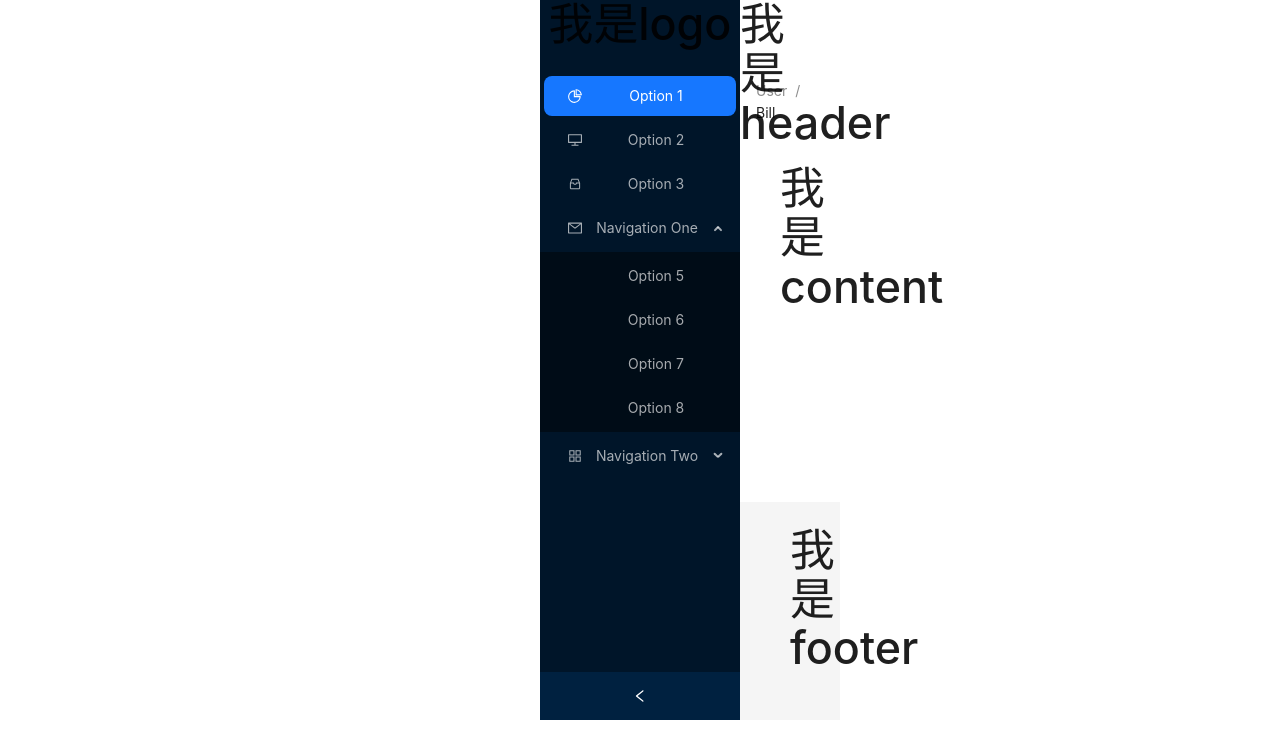
Repository: chenyl8848/chen-tool-collection
Page: /
These files come from the project's save history. The page is drawn as it stood at one moment and after the next save; the edit follows.
The browser window is 1280 px wide. The pictures show the whole page.
The project was rebuilt for these pictures with package versions that can differ from the ones it lists, and the page was loaded fresh each time. Also part of the build but not shown: vite.config.ts, src/components/HelloWorld.vue.

Above is the page before, as saved 2024-01-09 10:57:57.

### src/main.ts
import { createApp } from 'vue'
import './style.css'

// import Antd from 'ant-design-vue';
import 'ant-design-vue/dist/reset.css';

import App from './App.vue'

const app = createApp(App)

// app.use(Antd)

app.mount('#app')

### src/App.vue
<script setup lang="ts">
import Layout from '@/layout/index.vue';
</script>

<template>
  <div>
    <Layout></Layout>
  </div>
</template>

<style scoped>
</style>

### src/layout/index.vue
<script lang="ts" setup>
import Logo from '@/layout/siderbar/logo/index.vue'
import Menu from '@/layout/siderbar/menu/index.vue'
import Header from '@/layout/header/index.vue'
import Footer from '@/layout/footer/index.vue'
import Content from '@/layout/content/index.vue'
</script>

<template>
    <a-layout class="layout">
        <a-layout-sider v-model:collapsed="collapsed" collapsible class="sidebar">
            <div class="logo">
                <Logo></Logo>
            </div>
            <div class="menu">
                <Menu></Menu>
            </div>
        </a-layout-sider>
        <a-layout>
            <a-layout-header style="background: #fff; padding: 0">
                <Header></Header>
            </a-layout-header>
            <a-layout-content style="margin: 0 16px">
                <a-breadcrumb style="margin: 16px 0">
                    <a-breadcrumb-item>User</a-breadcrumb-item>
                    <a-breadcrumb-item>Bill</a-breadcrumb-item>
                </a-breadcrumb>
                <div :style="{ padding: '24px', background: '#fff', minHeight: '360px' }">
                    <Content></Content>
                </div>
            </a-layout-content>
            <a-layout-footer style="text-align: center">
                <Footer></Footer>
            </a-layout-footer>
        </a-layout>
    </a-layout>
</template>

<style scoped>
.layout {
    min-height: 100vh;

    .layout-siderbar {
        background-color: white;

        .logo {
            padding: 5px;
            height: 180px;
            background: white;
        }

    }
}
</style>

### src/layout/siderbar/logo/index.vue
<script lang="ts" setup>

</script>

<template>
  <div>
    <h1>我是logo</h1>
  </div>
</template>

### src/layout/siderbar/menu/index.vue
<template>
    <div>
      <a-menu
        v-model:openKeys="state.openKeys"
        v-model:selectedKeys="state.selectedKeys"
        mode="inline"
        theme="dark"
        :inline-collapsed="state.collapsed"
        :items="items"
      ></a-menu>
    </div>
  </template>
  <script lang="ts" setup>
  import { reactive, watch, h } from 'vue';
  import {
    MenuFoldOutlined,
    MenuUnfoldOutlined,
    PieChartOutlined,
    MailOutlined,
    DesktopOutlined,
    InboxOutlined,
    AppstoreOutlined,
  } from '@ant-design/icons-vue';
  const state = reactive({
    collapsed: false,
    selectedKeys: ['1'],
    openKeys: ['sub1'],
    preOpenKeys: ['sub1'],
  });
  const items = reactive([
    {
      key: '1',
      icon: () => h(PieChartOutlined),
      label: 'Option 1',
      title: 'Option 1',
    },
    {
      key: '2',
      icon: () => h(DesktopOutlined),
      label: 'Option 2',
      title: 'Option 2',
    },
    {
      key: '3',
      icon: () => h(InboxOutlined),
      label: 'Option 3',
      title: 'Option 3',
    },
    {
      key: 'sub1',
      icon: () => h(MailOutlined),
      label: 'Navigation One',
      title: 'Navigation One',
      children: [
        {
          key: '5',
          label: 'Option 5',
          title: 'Option 5',
        },
        {
          key: '6',
          label: 'Option 6',
          title: 'Option 6',
        },
        {
          key: '7',
          label: 'Option 7',
          title: 'Option 7',
        },
        {
          key: '8',
          label: 'Option 8',
          title: 'Option 8',
        },
      ],
    },
    {
      key: 'sub2',
      icon: () => h(AppstoreOutlined),
      label: 'Navigation Two',
      title: 'Navigation Two',
      children: [
        {
          key: '9',
          label: 'Option 9',
          title: 'Option 9',
        },
        {
          key: '10',
          label: 'Option 10',
          title: 'Option 10',
        },
        {
          key: 'sub3',
          label: 'Submenu',
          title: 'Submenu',
          children: [
            {
              key: '11',
              label: 'Option 11',
              title: 'Option 11',
            },
            {
              key: '12',
              label: 'Option 12',
              title: 'Option 12',
            },
          ],
        },
      ],
    },
  ]);
  watch(
    () => state.openKeys,
    (_val, oldVal) => {
      state.preOpenKeys = oldVal;
    },
  );
  const toggleCollapsed = () => {
    state.collapsed = !state.collapsed;
    state.openKeys = state.collapsed ? [] : state.preOpenKeys;
  };
  </script>

### src/layout/header/index.vue
<script lang="ts" setup>

</script>

<template>
  <div>
    <h1>我是header</h1>
  </div>
</template>

### src/layout/footer/index.vue
<script lang="ts" setup>

</script>

<template>
  <div>
    <h1>我是footer</h1>
  </div>
</template>

### src/layout/content/index.vue
<script lang="ts" setup>

</script>

<template>
  <div>
    <h1>我是content</h1>
  </div>
</template>

Loaded but not shown: index.html (common file); src/style.css (common file)

After the next save:
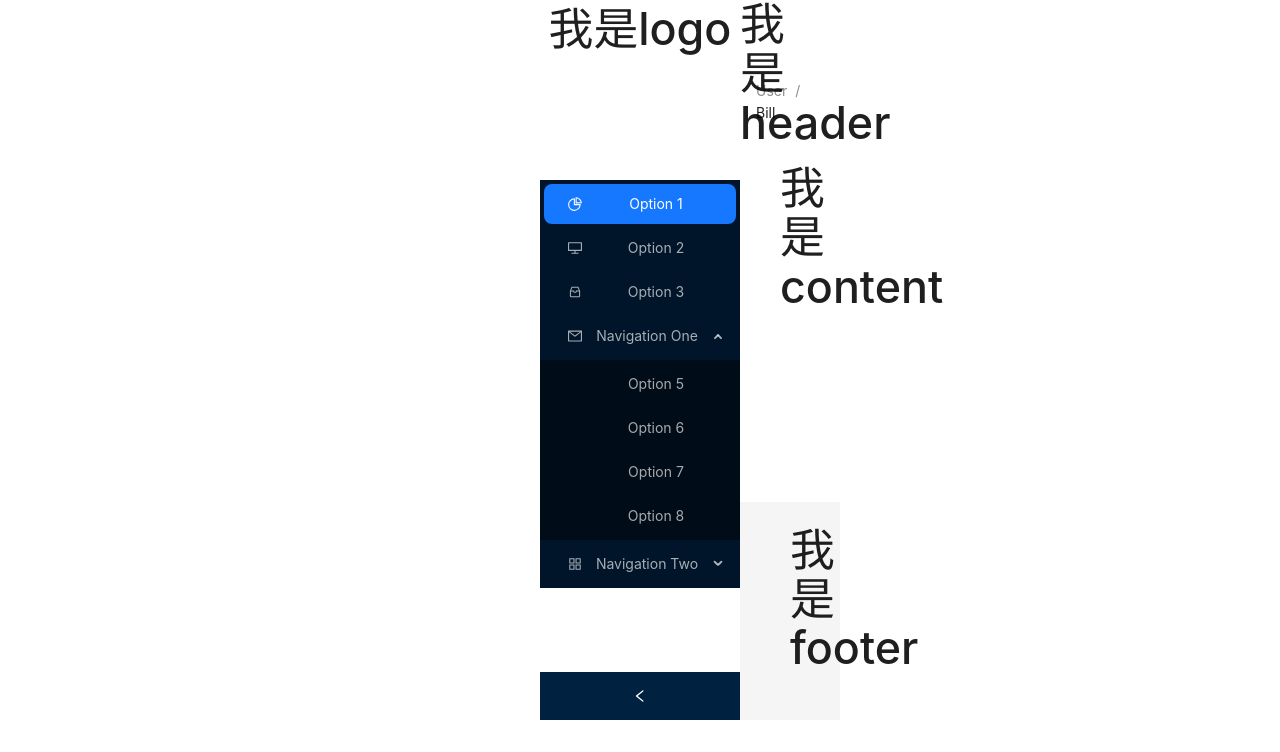
Saved 28 s later.
--- a/src/layout/index.vue
+++ b/src/layout/index.vue
@@ -8,7 +8,7 @@
 
 <template>
     <a-layout class="layout">
-        <a-layout-sider v-model:collapsed="collapsed" collapsible class="sidebar">
+        <a-layout-sider v-model:collapsed="collapsed" collapsible class="layout-siderbar">
             <div class="logo">
                 <Logo></Logo>
             </div>
@@ -40,15 +40,14 @@
 .layout {
     min-height: 100vh;
 
-    .layout-siderbar {
-        background-color: white;
+}
+.layout-siderbar {
+    background-color: white;
 
-        .logo {
-            padding: 5px;
-            height: 180px;
-            background: white;
-        }
-
-    }
+}
+.logo {
+    padding: 5px;
+    height: 180px;
+    background: white;
 }
 </style>
